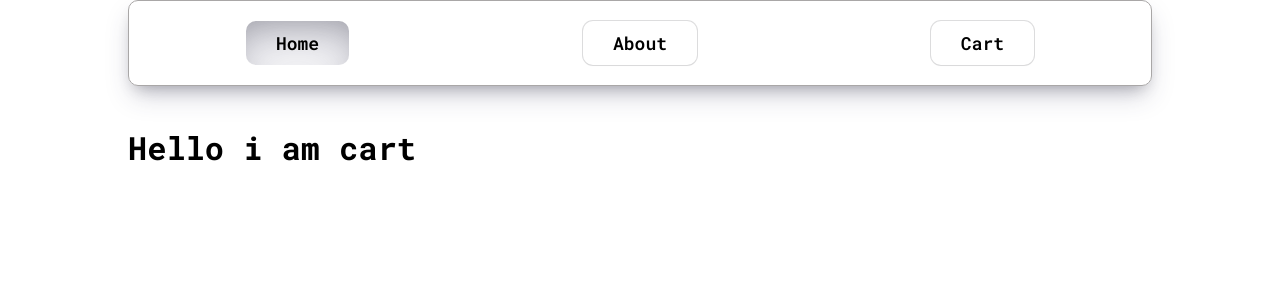
Repository: tuankiet10920/vuejs
Page: /cart
An editor plug-in stored every save of this project. The page is shown before and after the next save, followed by the edit.
The browser window is 1280 px wide. The pictures show the whole page.
The pointer rests on the first visible `.header ul li`.
The project was rebuilt for these pictures with package versions that can differ from the ones it lists, and the page was loaded fresh each time. Also part of the build but not shown: vite.config.js.

Above is the page before, as saved 2024-08-24 11:36:09.

After the next save:
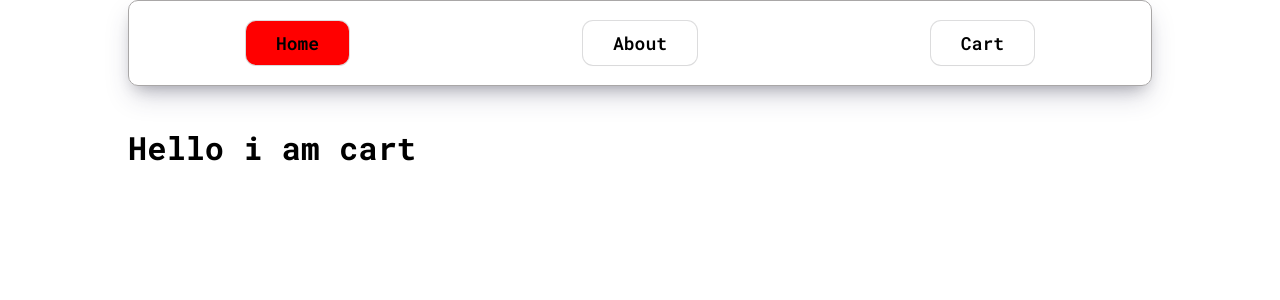
Saved 38 s later.
--- a/src/components/header.vue
+++ b/src/components/header.vue
@@ -50,6 +50,7 @@
 }
 
 .header ul li:hover {
-    box-shadow: rgba(50, 50, 93, 0.25) 0px 30px 60px -12px inset, rgba(0, 0, 0, 0.3) 0px 18px 36px -18px inset;
+    /* box-shadow: rgba(50, 50, 93, 0.25) 0px 30px 60px -12px inset, rgba(0, 0, 0, 0.3) 0px 18px 36px -18px inset; */
+    background: red;
 }
 </style>

After the save that followed:
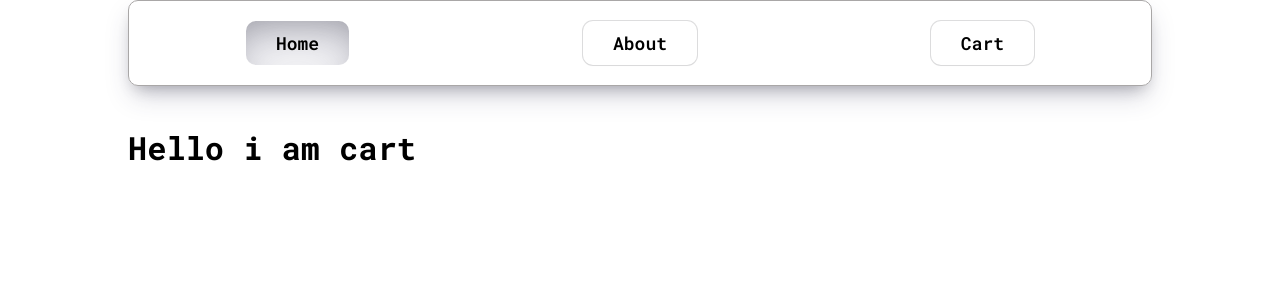
Saved 8 s later.
--- a/src/components/header.vue
+++ b/src/components/header.vue
@@ -50,7 +50,6 @@
 }
 
 .header ul li:hover {
-    /* box-shadow: rgba(50, 50, 93, 0.25) 0px 30px 60px -12px inset, rgba(0, 0, 0, 0.3) 0px 18px 36px -18px inset; */
-    background: red;
+    box-shadow: rgba(50, 50, 93, 0.25) 0px 30px 60px -12px inset, rgba(0, 0, 0, 0.3) 0px 18px 36px -18px inset;
 }
 </style>
